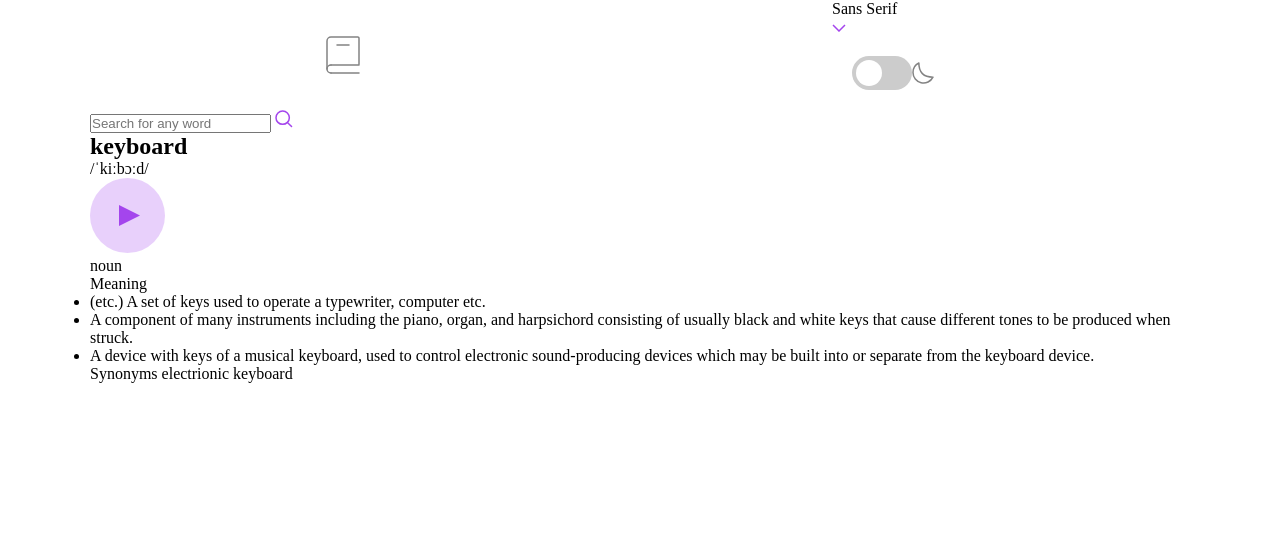
Repository: Arkitecth/dictionary-app
Page: index.html
An editor plug-in stored every save of this project. The page is shown before and after the next save, followed by the edit.
The browser window is 1280 px wide. The pictures show the whole page.

Above is the page before, as saved 2023-07-19 21:03:45.

After the next save:
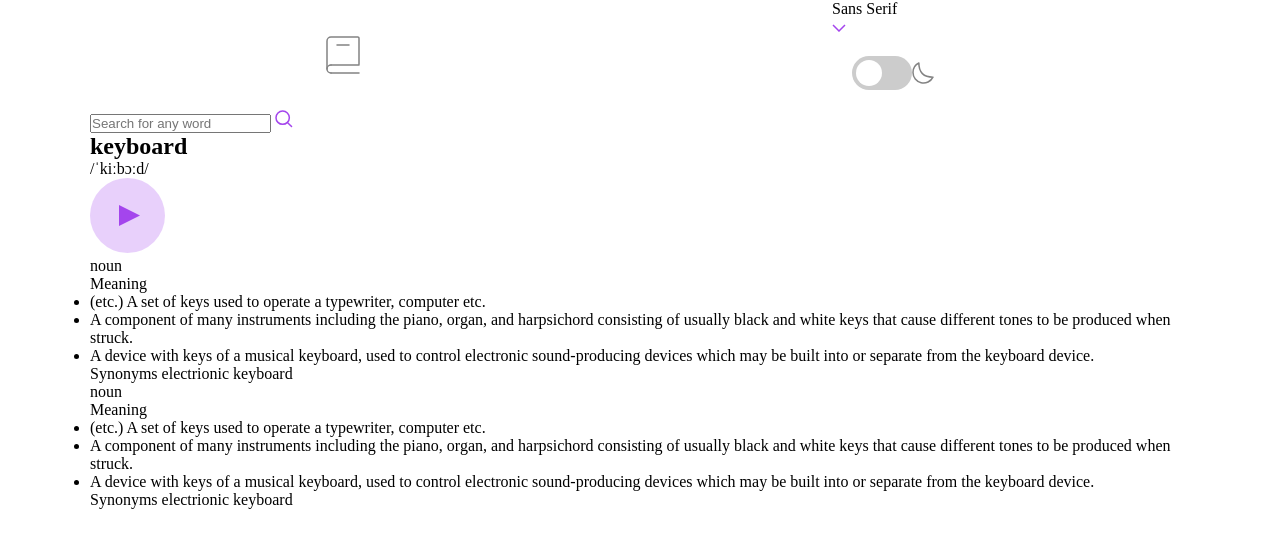
Saved 10 s later.
--- a/index.html
+++ b/index.html
@@ -65,6 +65,22 @@
 
     </section>
 
+    <div class="speech-part-group">
+      <p class="speech-part">noun</p>
+      <div class="grey-rule"></div>
+    </div>
+
+    <section class="description">
+      <p>Meaning</p>
+      <ul>
+        <li>(etc.) A set of keys used to operate a typewriter, computer etc.</li>
+        <li>A component of many instruments including the piano, organ, and harpsichord consisting of usually black and white keys that cause different tones to be produced when struck.</li>
+        <li>A device with keys of a musical keyboard, used to control electronic sound-producing devices which may be built into or separate from the keyboard device.</li>
+      </ul>
+      <p class="synonymn">Synonyms <span>electrionic keyboard</span></p>
+
+    </section>
+
 
 
 
